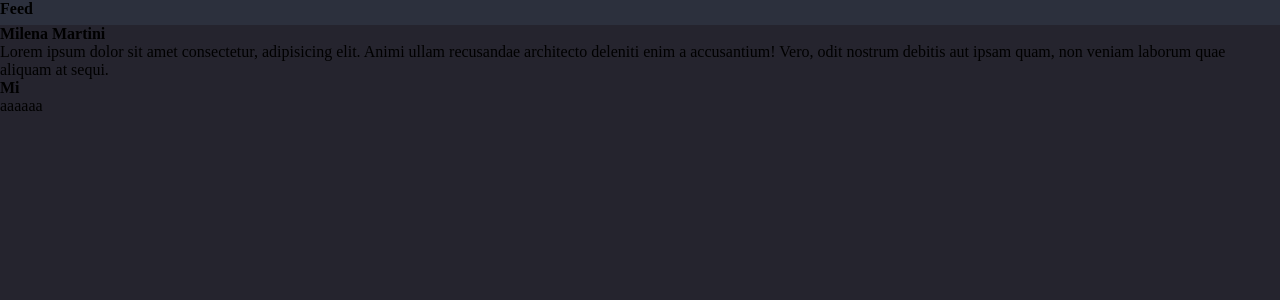
Repository: MilenaMartini/IgniteRckReactJs
Page: /
An editor plug-in stored every save of this project. The page is shown before and after the next save, followed by the edit.
The browser window is 1280 px wide. The pictures show the whole page.
The project was rebuilt for these pictures with package versions that can differ from the ones it lists, and the page was loaded fresh each time. Also part of the build but not shown: vite.config.js.

Above is the page before, as saved 2023-04-14 14:45:03.

### src/App.jsx
import { Post } from "./Post"
import {Header} from "./components/Header"
import "./Global.css"

function App() {

  return (
    <div>
    <Header  />

   <Post
   author="Milena Martini"
   content="Lorem ipsum dolor sit amet consectetur, adipisicing elit. Animi ullam recusandae architecto deleniti enim a accusantium! Vero, odit nostrum debitis aut ipsam quam, non veniam laborum quae aliquam at sequi."
   />

   <Post
      author="Mi"
      content="aaaaaa"
    />
   </div>
  )
}
export default App

### src/Post.jsx
export function Post(props) {
  return (
  <div>
    <strong>{props.author}</strong>
    <p>{props.content}</p>
  </div>
    )
}

### src/components/Header.jsx
import React from "react";
import Style from './Header.module.css';

export function Header() {
  return(
  <header className={Style.header}>
    <strong >Feed</strong>
  </header>

  );
}

### src/Global.css
*{
  margin: 0;
  padding: 0;
  box-sizing: border-box;
}

body{
  background-color: #25242e;

}

### src/components/Header.module.css
.header{
    background-color: #2c303d;
    height: 25px;
}

Loaded but not shown: index.html (common file); src/main.jsx (common file)

After the next save:
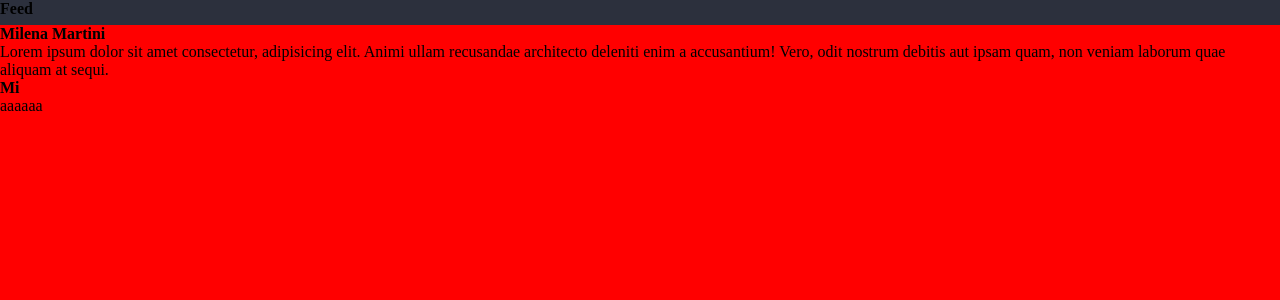
Saved 9 s later.
--- a/src/Global.css
+++ b/src/Global.css
@@ -5,6 +5,6 @@
 }
 
 body{
-  background-color: #25242e;
+  background-color: red;
 
 }

After the save that followed:
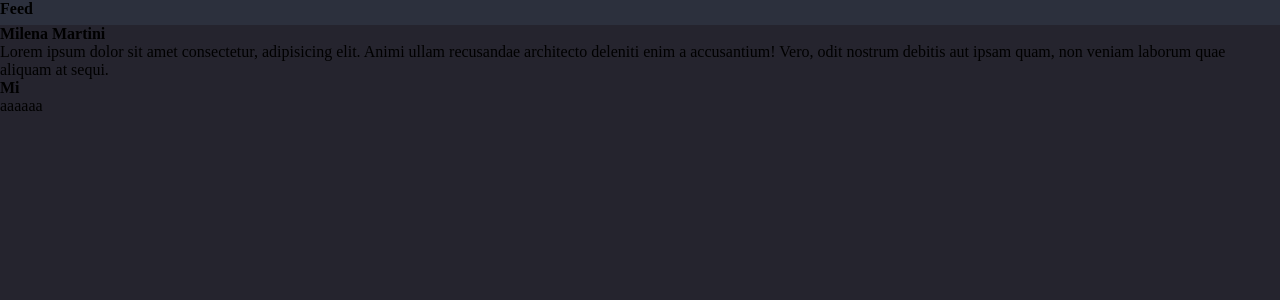
Saved 4 s later.
--- a/src/Global.css
+++ b/src/Global.css
@@ -5,6 +5,6 @@
 }
 
 body{
-  background-color: red;
+  background-color: #25242e;
 
 }
